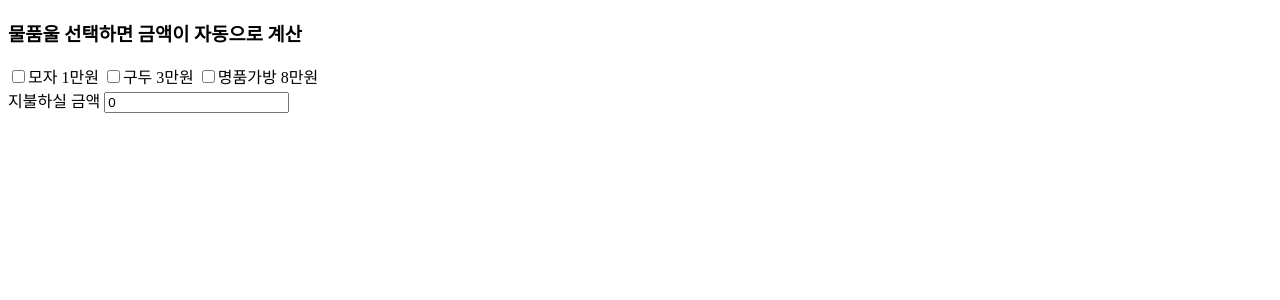
Repository: luna2222/web
Page: 02.JavaScript/WebContent/chap4/04_18.html
An editor plug-in stored every save of this project. The page is shown before and after the next save, followed by the edit.
The browser window is 1280 px wide. The pictures show the whole page.

Above is the page before, as saved 2019-02-25 08:38:29.

After the next save:
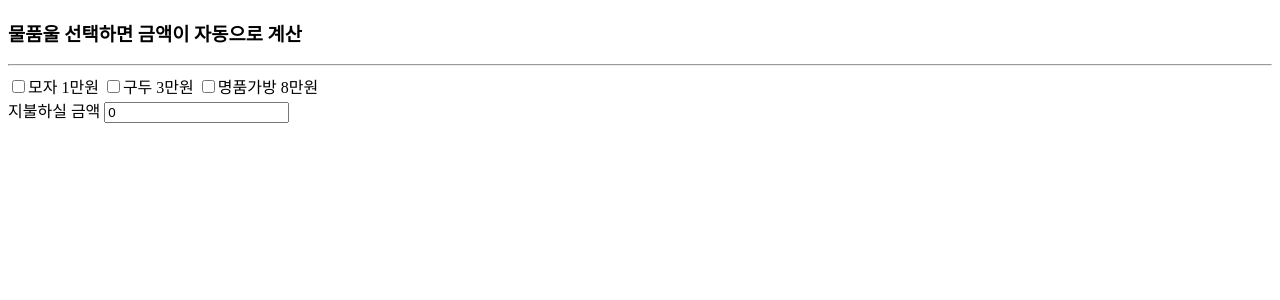
Saved 30 s later.
--- a/02.JavaScript/WebContent/chap4/04_18.html
+++ b/02.JavaScript/WebContent/chap4/04_18.html
@@ -18,7 +18,7 @@ function calc(cBox){
 </head>
 <body>
 <h3> 물품울 선택하면 금액이 자동으로 계산</h3>
-</hr>
+<hr>
 <form>
 <input type="checkbox" name="hap"  value="10000" onclick="calc(this)">모자 1만원
 <input type="checkbox" name="shose"  value="30000" onclick="calc(this)">구두 3만원
